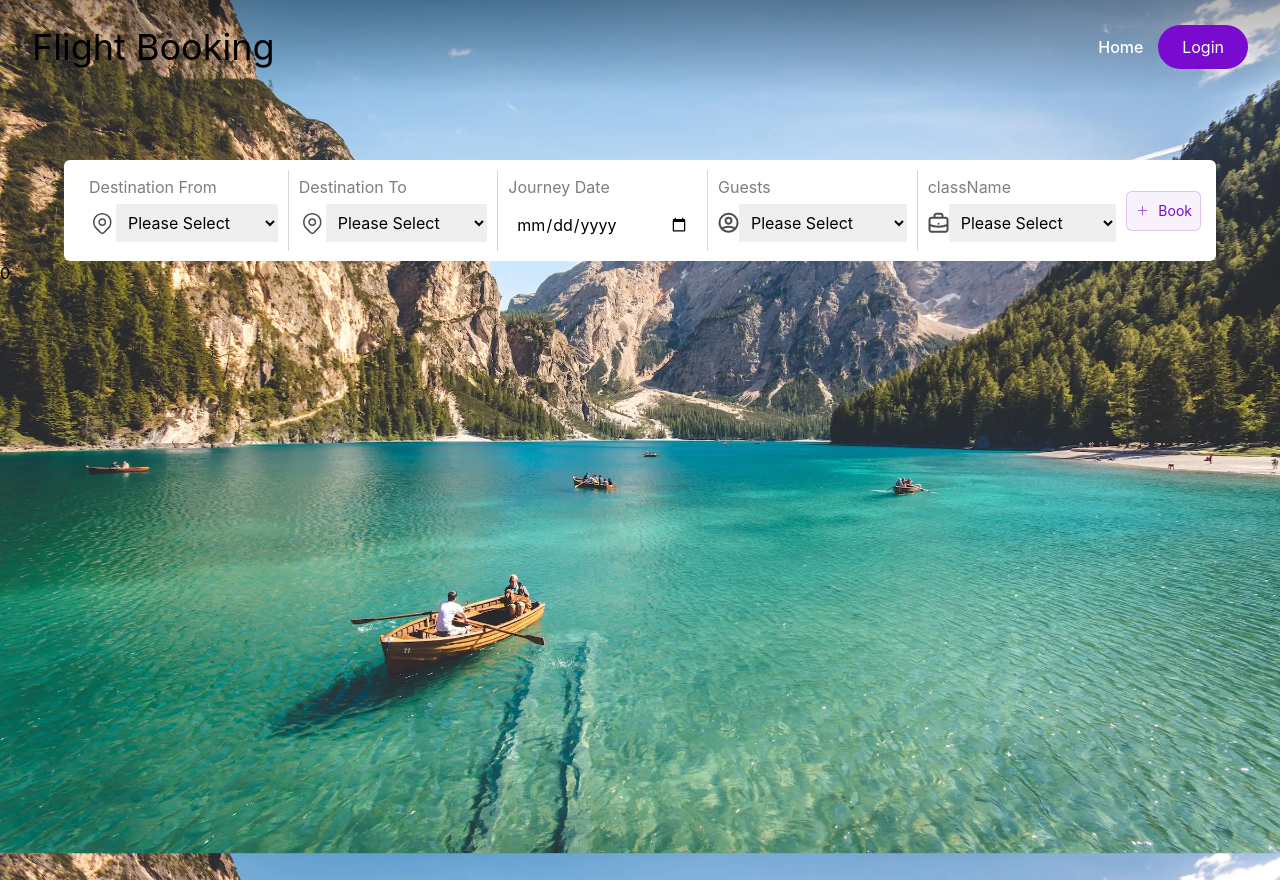
Repository: Wahid137/flight-booking-redux
Page: /
The author's editor kept a copy of each file at every save. The page is drawn from the files as they stood at one save, then again after the next save.
The browser window is 1280 px wide. The pictures show the whole page.
Backgrounds fixed to the window are drawn as part of the page. Some web libraries are served in a nearby version. The project was rebuilt for these pictures with package versions that can differ from the ones it lists, and the page was loaded fresh each time. Also part of the build but not shown: vite.config.js, src/components/TableHead.jsx, src/components/TableRow.jsx, src/index.css.

Above is the page before, as saved 2023-11-11 14:52:53.

After the next save:
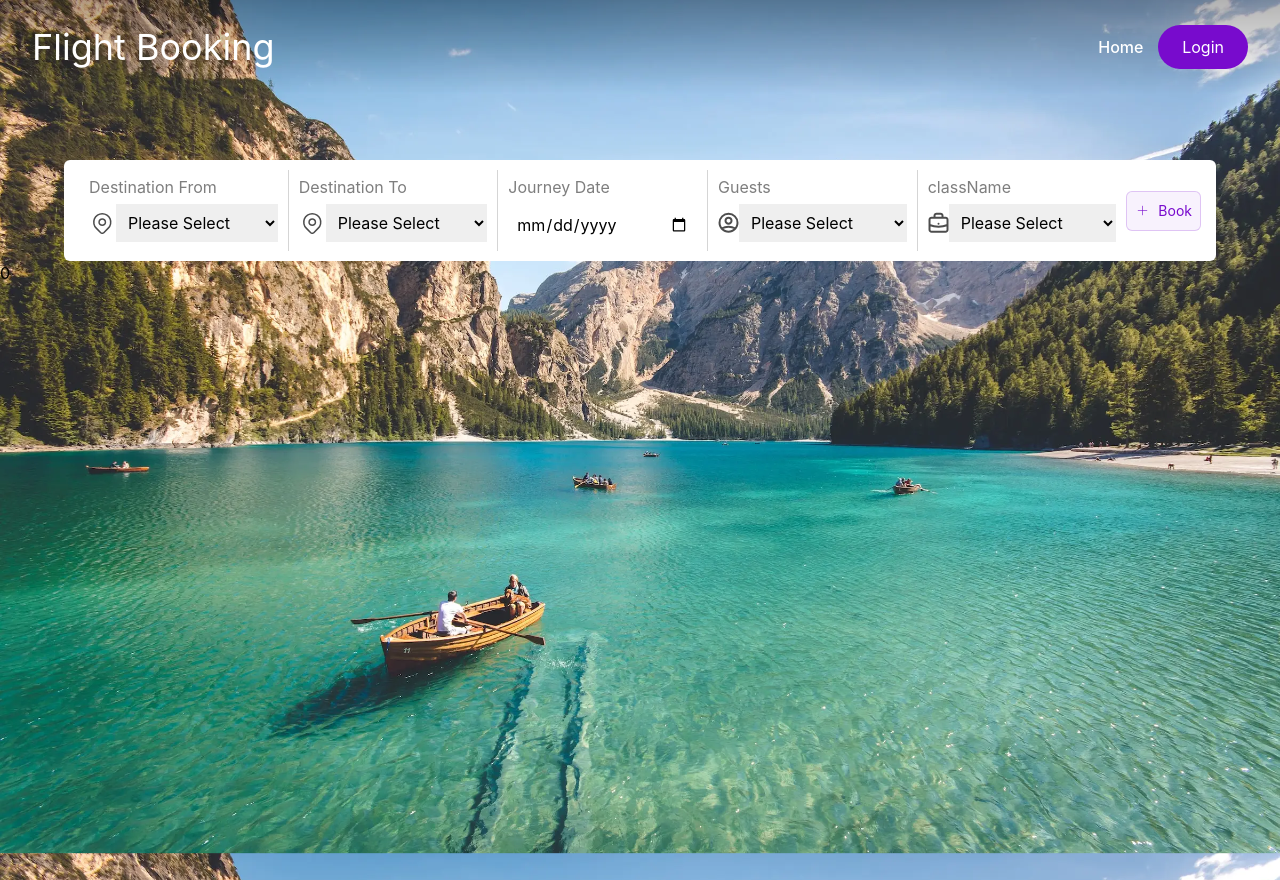
Saved 14 s later.
--- a/src/components/Header.jsx
+++ b/src/components/Header.jsx
@@ -3,7 +3,7 @@ const Header = () => {
     <div>
       <header id="header">
         <div className="container">
-          <h1 className="text-4xl">Flight Booking</h1>
+          <h1 className="text-4xl text-white">Flight Booking</h1>
           <div className="flex items-center">
             <a className="text-white min-w-[50px] font-medium" href="#">
               Home
